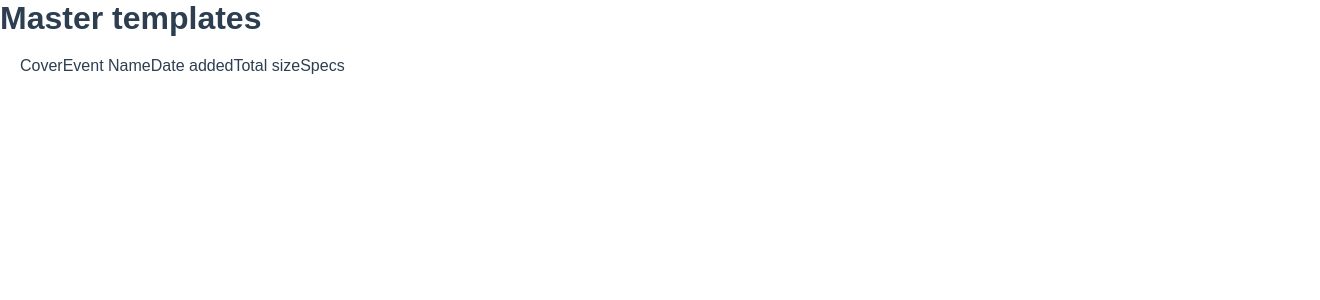
Repository: SyneosAndreia/Allergan_AFA84245_Website
Page: /
These files come from the project's save history. The page is drawn as it stood at one moment and after the next save; the edit follows.
The browser window is 1280 px wide. The page is 1320 px wide, so the pictures cover 1320 px, including what lies to the right of the window. The pictures show the whole page.
The project was rebuilt for these pictures with package versions that can differ from the ones it lists, and the page was loaded fresh each time. Also part of the build but not shown: vue.config.js.

Above is the page before, as saved 2020-03-11 17:37:52.

### src/main.js
import Vue from 'vue'
import App from './App.vue'
import router from './router'
import store from './store'
import '@/css/global.css'

Vue.config.productionTip = false

new Vue({
  router,
  store,
  render: h => h(App)
}).$mount('#app')

### src/App.vue
<template>
  <div id="app">
    <header>
      <!-- <router-link to="/">Home</router-link> -->
    </header>
    <router-view/>
  </div>
</template>

<style>
#app {
  font-family: Avenir, Helvetica, Arial, sans-serif;
  -webkit-font-smoothing: antialiased;
  -moz-osx-font-smoothing: grayscale;
  text-align: center;
  color: #2c3e50;
}

#nav {
  padding: 30px;
}

#nav a {
  font-weight: bold;
  color: #2c3e50;
}

#nav a.router-link-exact-active {
  color: #42b983;
}
</style>

### src/css/global.css
/* =======
[ RESET ]
========= */
* {
    margin: 0;
    padding: 0;
    font-family: Arial, Helvetica, sans-serif;
}

button {
    padding: 0;
    border: none;
    background: none;
}

h1 {
    font-size: 36;
    text-align: left;
}

.btn-modal {
    background-image: url("../assets/img/info.png");
    width: 74px;
    height: 24px;
    cursor: pointer;
}

/* =======
[ TABLE ]
========= */

.title-wrap,
.presentation-wrap {
    padding: 20px;
}

.element-wrap {
    width: 300px;
    text-align: left
}

### src/views/Home.vue
<template>
  <div>
    <MainPage/>
  </div>
</template>

<script>
// @ is an alias to /src
import MainPage from '@/components/Home.vue'

export default {
  name: 'Home',
  components: {
    MainPage
  }
}
</script>

### src/components/Home.vue
<template>
    <div>
        <h1>Master templates</h1>
        <div class="title-wrap">
            <div class="tittle-width">Cover</div>
            <div class="tittle-width">Event Name</div>
            <div class="tittle-width">Date added</div>
            <div class="tittle-width">Total size</div>
            <div class="tittle-width">Specs</div>
        </div>
    </div>
</template>


<script>
export default {
    name:'MainPage',
}
</script>

<!-- Add "scoped" attribute to limit CSS to this component only -->
<style scoped>
    .title-wrap {
        width: 100%;
        display: flex;
        justify-content: flex-start;
    }
</style>

Loaded but not shown: public/index.html (common file); src/router/index.js (common file); src/store/index.js (common file)

After the next save:
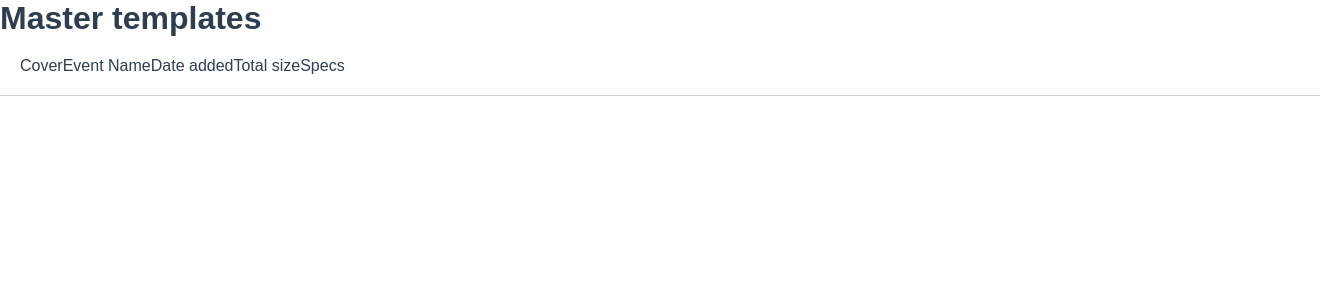
Saved 119 s later.
--- a/src/components/Home.vue
+++ b/src/components/Home.vue
@@ -24,5 +24,6 @@ export default {
         width: 100%;
         display: flex;
         justify-content: flex-start;
+        border-bottom: 1px solid #D1D1D1;
     }
 </style>
